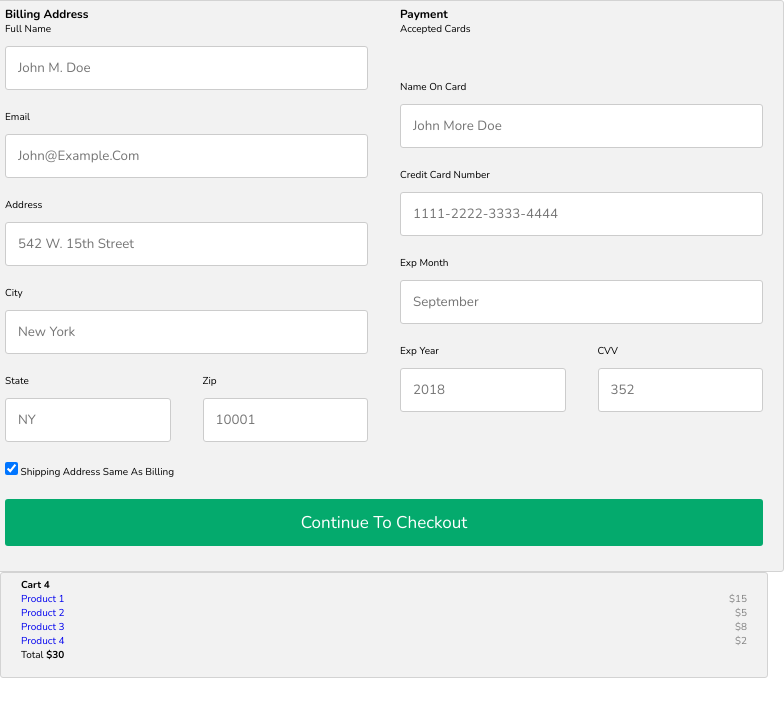
Repository: vksh-chandra/Travel-Tourism
Page: http://localhost/tatms/payment.html
The author's editor kept a copy of each file at every save. The page is drawn from the files as they stood at one save, then again after the next save.
The browser window is 768 px wide. The page is 784 px wide, then 768 px, so the pictures cover 784 px, including what lies to the right of the window. The pictures show the whole page.
The page is served by Tomcat 9.

Above is the page before, as saved 2022-07-19 08:58:06.

After the next save:
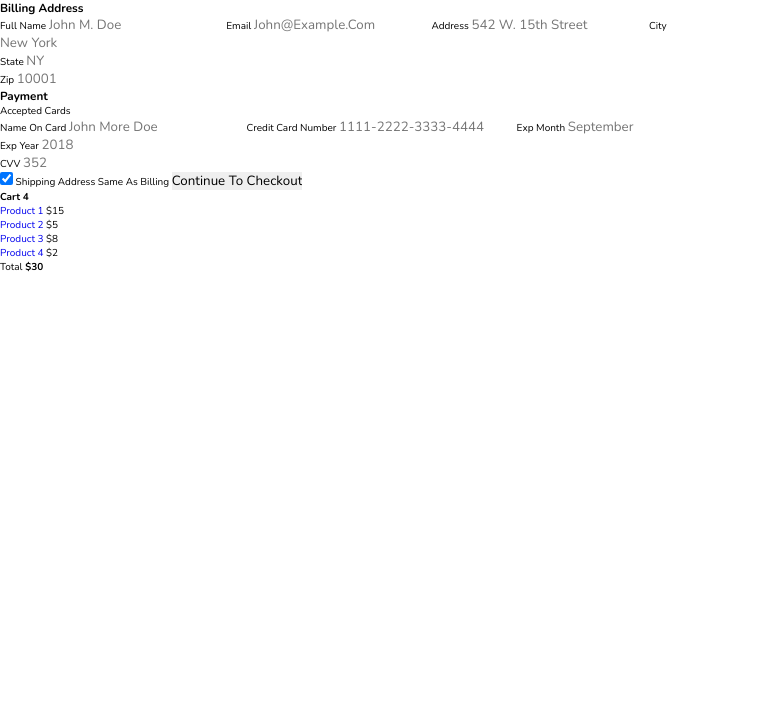
Saved 39 s later.
--- a/tatms/src/main/webapp/style.css
+++ b/tatms/src/main/webapp/style.css
@@ -622,91 +622,3 @@ header .icons a:hover{
 .footer .credit span{
   color:var(--orange);
 }
-
-
-/** PAYMENT CSS **/
-.prow {
-  display: -ms-flexbox; /* IE10 */
-  display: flex;
-  -ms-flex-wrap: wrap; /* IE10 */
-  flex-wrap: wrap;
-  margin: 0 -16px;
-}
-
-.pcol-25 {
-  -ms-flex: 25%; /* IE10 */
-  flex: 25%;
-}
-
-.pcol-50 {
-  -ms-flex: 50%; /* IE10 */
-  flex: 50%;
-}
-
-.pcol-75 {
-  -ms-flex: 75%; /* IE10 */
-  flex: 75%;
-}
-
-.pcol-25,
-.pcol-50,
-.pcol-75 {
-  padding: 0 16px;
-}
-
-.pcontainer {
-  background-color: #f2f2f2;
-  padding: 5px 20px 15px 20px;
-  border: 1px solid lightgrey;
-  border-radius: 3px;
-}
-
-input[type=text] {
-  width: 100%;
-  margin-bottom: 20px;
-  padding: 12px;
-  border: 1px solid #ccc;
-  border-radius: 3px;
-}
-
-label {
-  margin-bottom: 10px;
-  display: block;
-}
-
-.picon-container {
-  margin-bottom: 20px;
-  padding: 7px 0;
-  font-size: 24px;
-}
-
-.pbtn {
-  background-color: #04AA6D;
-  color: white;
-  padding: 12px;
-  margin: 10px 0;
-  border: none;
-  width: 100%;
-  border-radius: 3px;
-  cursor: pointer;
-  font-size: 17px;
-}
-
-.pbtn:hover {
-  background-color: #45a049;
-}
-
-span.price {
-  float: right;
-  color: grey;
-}
-
-/* Responsive layout - when the screen is less than 800px wide, make the two columns stack on top of each other instead of next to each other (and change the direction - make the "cart" column go on top) */
-@media (max-width: 800px) {
-  .row {
-    flex-direction: column-reverse;
-  }
-  .col-25 {
-    margin-bottom: 20px;
-  }
-}
